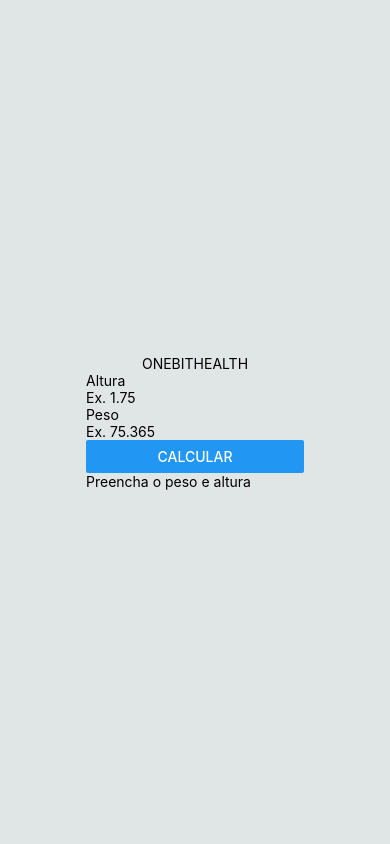
Repository: GustavoMSevero/onebithealth
Screen: /
The author's editor kept a copy of each file at every save. The screen is drawn from the files as they stood at one save, then again after the next save.
The app was drawn by React Native's web renderer in a window 390 px wide. The project was rebuilt for these pictures with package versions that can differ from the ones it lists, and the page was loaded fresh each time.

Above is the screen before, as saved 2024-09-06 15:56:31.

### App.js
import { StyleSheet, View } from 'react-native';
import Title from './src/components/Title';
import Main from './src/components/Main';

export default function App() {
  return (
    <View style={styles.container}>
      <Title />
      <Main />
    </View>
  );
}

const styles = StyleSheet.create({
  container: {
    flex: 1,
    backgroundColor: '#e0e5e5',
    alignItems: 'center',
    justifyContent: 'center',
  },
});

### src/components/Title/index.js
import React from "react";
import { View, Text } from "react-native";

export default function Title() {
    return(
        <View>
            <Text>ONEBITHEALTH</Text>
        </View>
    );
}

### src/components/Main/index.js
import React from "react";
import { View } from "react-native";
import Form from "../Form";

export default function Main() {
    return(
        <View>
            <Form />
        </View>
    );
}

### src/components/Form/index.js
import React, { useState } from "react";
import { TextInput, View, Text, Button } from "react-native";
import ResultImc from "./ResultImc";

export default function Form() {

    const [height, setHeight] = useState(null)
    const [weight, setWeigth] = useState(null)
    const [messageImc, setMessageImc] = useState("Preencha o peso e altura")
    const [imc, setImc] = useState(null)
    const [textButton, setTextButton] = useState("Calcular")

    function imcCalculator() {
        // return setImc((weight/(height*height)).toFixed(2));
        return setImc(((height*height)/weight));
    }

    function validationImc() {
        if(weight != null && height != null) {
            imcCalculator()
            setHeight(null)
            setWeigth(null)
            setMessageImc("Se imc é igual: ")
            setTextButton("Calcular novamente")
            return
        }
        setImc(null)
        setTextButton("Calcular")
        setMessageImc("Preencha o peso e altura")
    }

    return(
        <View>
            <View>

                <Text>Altura</Text>
                <TextInput
                    onChange={setHeight}
                    value={height}
                    placeholder="Ex. 1.75"
                    keyboardType="numeric"
                />

                <Text>Peso</Text>
                <TextInput
                    onChange={setWeigth}
                    value={weight}
                    placeholder="Ex. 75.365"
                    keyboardType="numeric"
                />
                <Button
                    onPress={() => validationImc()}
                    title={textButton}
                />
            </View>
            <ResultImc messageResultImc={messageImc} resultImc={imc} />
        </View>
    );
}

### src/components/Form/ResultImc/index.js
import React from "react";
import { View, Text } from "react-native";

export default function ResultImc(props) {
    return(
        <View>
            <Text>{props.messageResultImc}</Text>
            <Text>{props.resultImc}</Text>
        </View>
    );
}

After the next save:
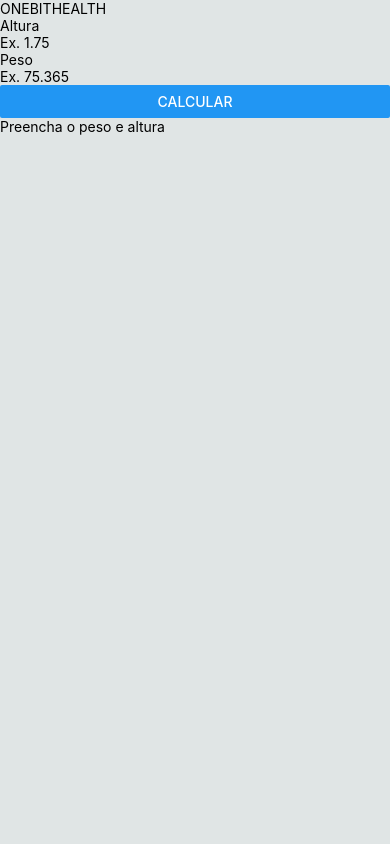
Saved 31 s later.
--- a/App.js
+++ b/App.js
@@ -15,7 +15,6 @@
   container: {
     flex: 1,
     backgroundColor: '#e0e5e5',
-    alignItems: 'center',
-    justifyContent: 'center',
+
   },
 });
